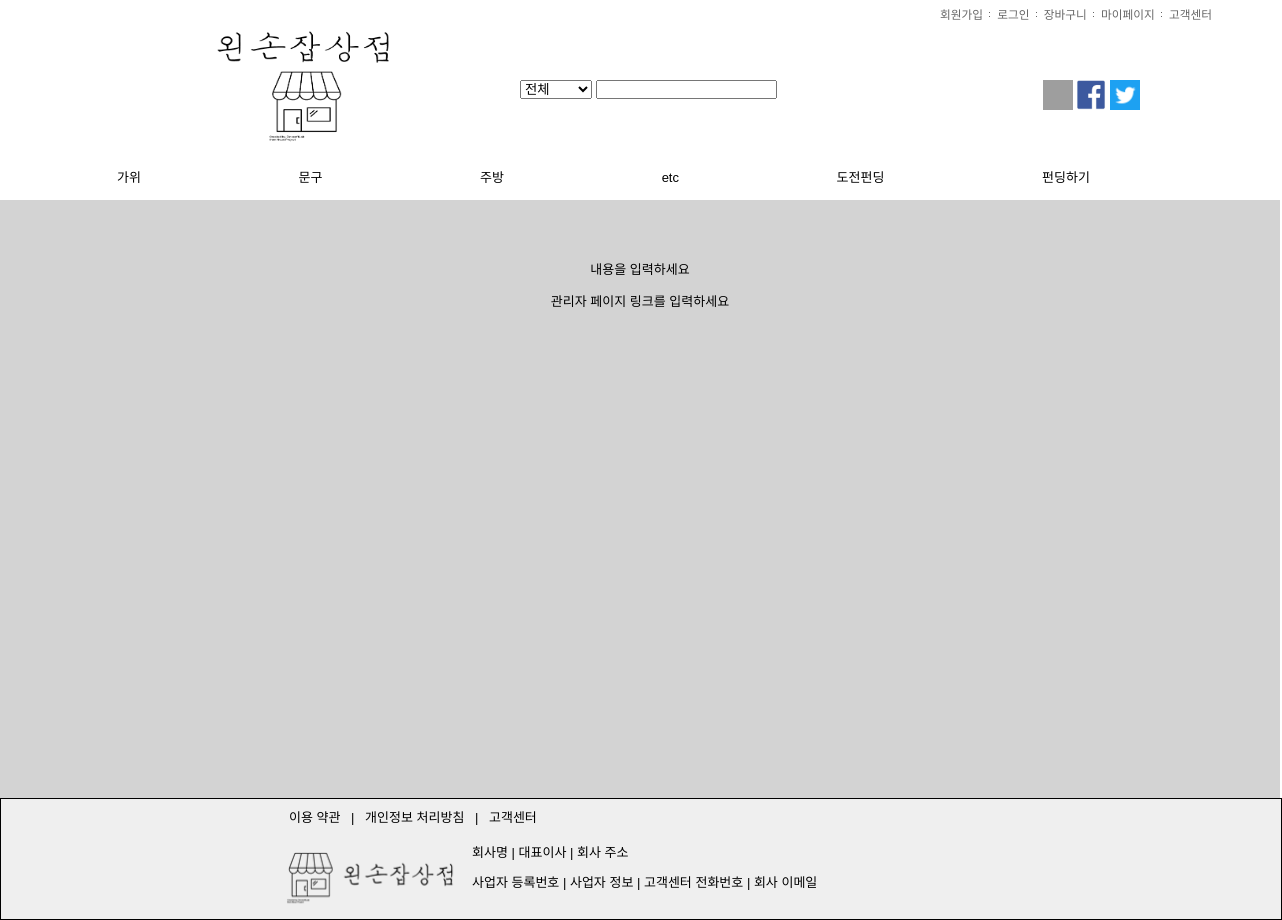
Repository: GroundPark/team6
Page: http://localhost/lefthand/index.jsp
The author's editor kept a copy of each file at every save. The page is drawn from the files as they stood at one save, then again after the next save.
The browser window is 1280 px wide. The page is 1282 px wide, then 1280 px, so the pictures cover 1282 px, including what lies to the right of the window. The pictures show the whole page.
Pictures or frames that could not be fetched are drawn as grey boxes. The page is served by Tomcat 9. Nobody is signed in. The application's start-up code is not run.

Above is the page before, as saved 2021-11-20 04:28:04.

After the next save:
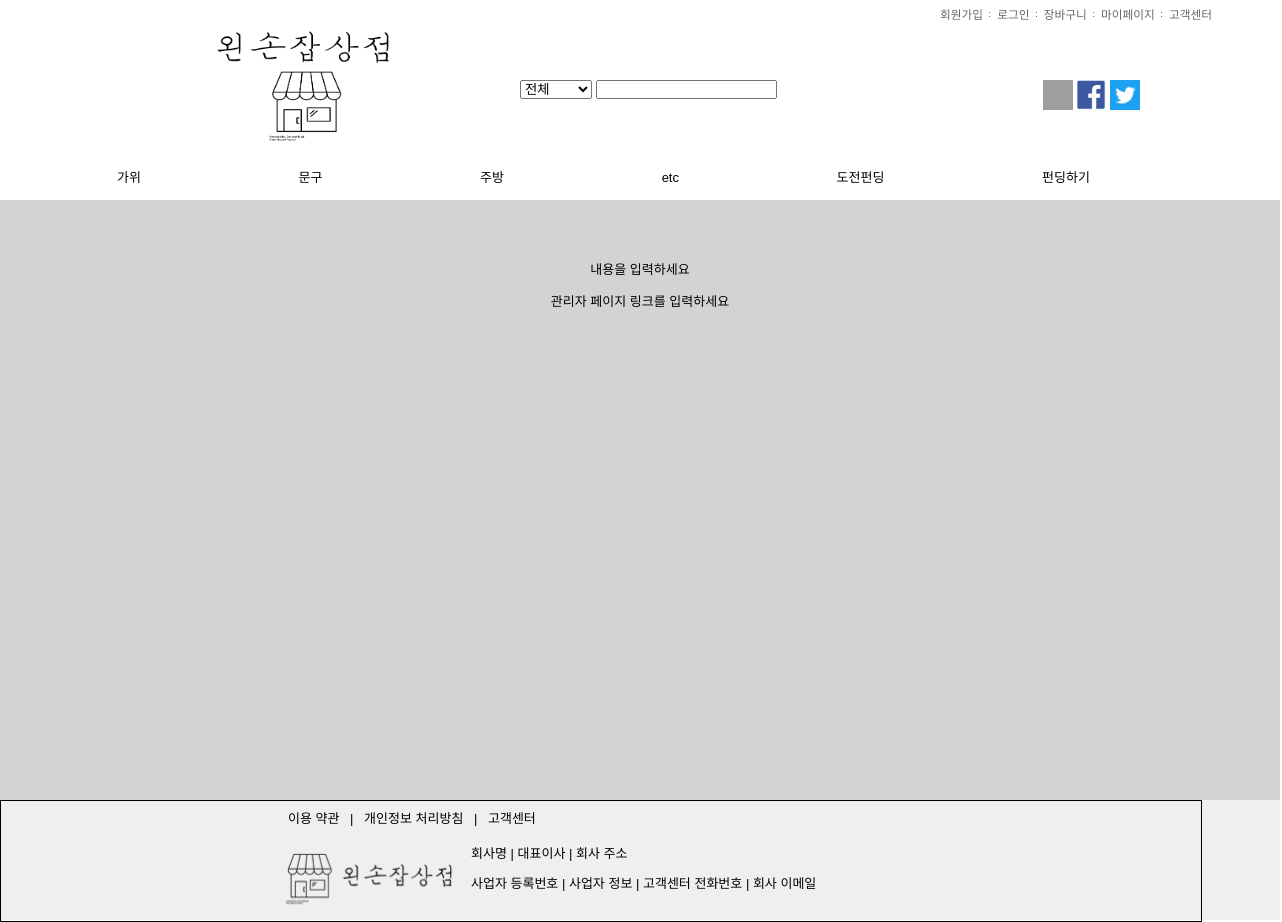
Saved 18 s later.
--- a/lefthand/WebContent/css/footer.css
+++ b/lefthand/WebContent/css/footer.css
@@ -15,12 +15,12 @@ a:active { color:#000; text-decoration:none; }
 /* layout용 css */
 footer {
 	width:100%; height:120px; margin:0 auto; background:#efefef; position:absolute;
-	bottom: 0;  border:1px solid black;
+	bottom: 0;
 }
 
 /* ---------- footer 영역 ---------- */
 /*
-확인용 border:1px solid black;
+ border:1px solid black;
 .footerInner { width:1200px; height:120px; position:absolute;  }
 .corp_area { padding-top:10px; padding-left:125px; }
 .corp_list { padding-left:155px; }
@@ -33,7 +33,7 @@ footer {
 .company_info ul { text-align:left;}
 .company_info li { display:inline-block;  }
 */
-.footerInner { width:1200px; height:120px; position:absolute; top:1px; left:1px; }
+.footerInner { width:1200px; height:120px; position:absolute; border:1px solid black;}
 .corp_area { padding-top:10px; padding-left:125px; }
 .corp_list { padding-left:155px; }
 .corp_area ul { text-align:left; }
